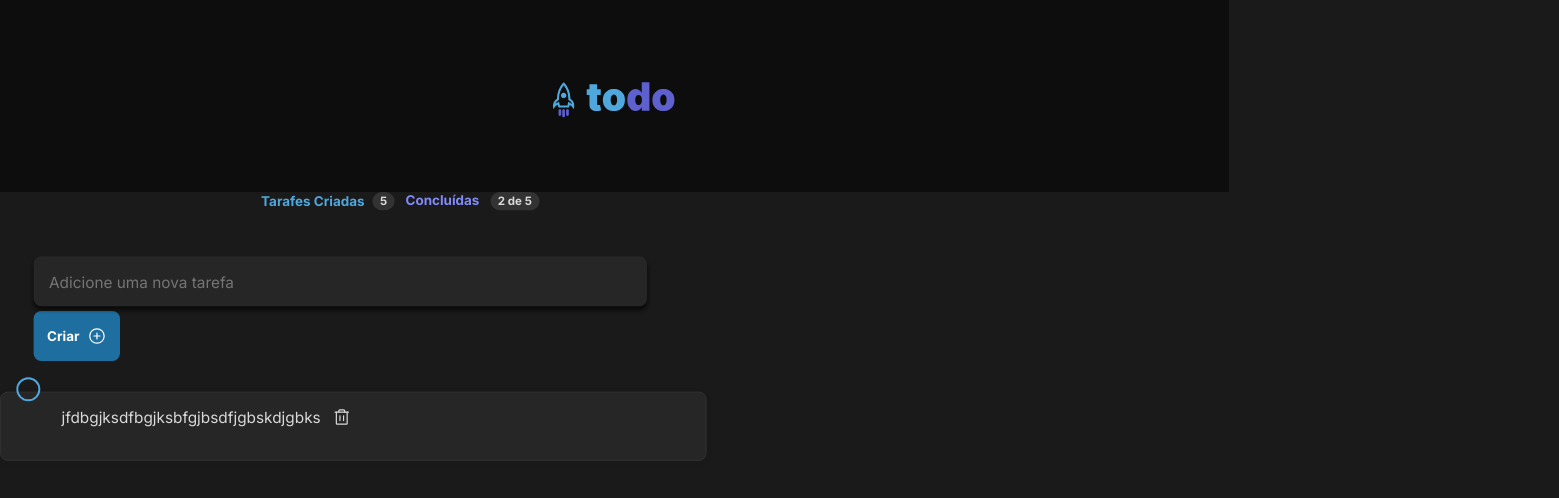
Repository: guilhermecardoso93/todolistreact
Page: /
The author's editor kept a copy of each file at every save. The page is drawn from the files as they stood at one save, then again after the next save.
The browser window is 1280 px wide. The page is 1280 px wide, then 1624 px, so the pictures cover 1624 px, including what lies to the right of the window. The pictures show the whole page, at 96% of full size.
The project was rebuilt for these pictures with package versions that can differ from the ones it lists, and the page was loaded fresh each time. Also part of the build but not shown: vite.config.ts.

Above is the page before, as saved 2022-07-04 22:48:08.

After the next save:
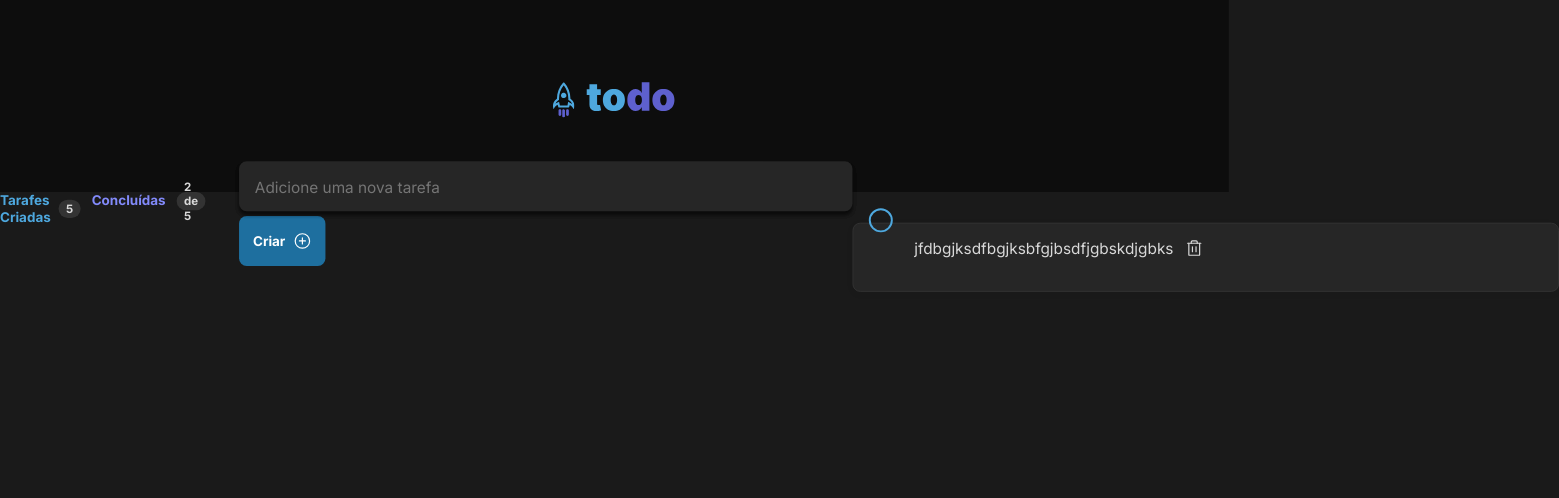
Saved 17 s later.
--- a/src/Tasks.module.css
+++ b/src/Tasks.module.css
@@ -1,3 +1,7 @@
+.mainThing{
+  display:flex;
+}
+
 .content {
   display: flex;
   flex-direction: row;
